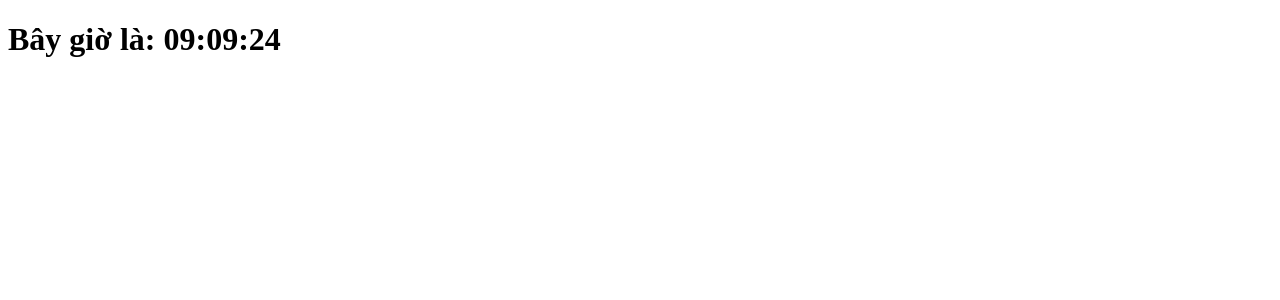
Repository: HanhHeo/Module2
Page: http://localhost/
An editor plug-in stored every save of this project. The page is shown before and after the next save, followed by the edit.
The browser window is 1280 px wide. The pictures show the whole page.
The page is run by PHP 8.4 with error messages shown; the project is at /var/www/html/.

Above is the page before, as saved 2021-09-28 14:37:28.

After the next save:
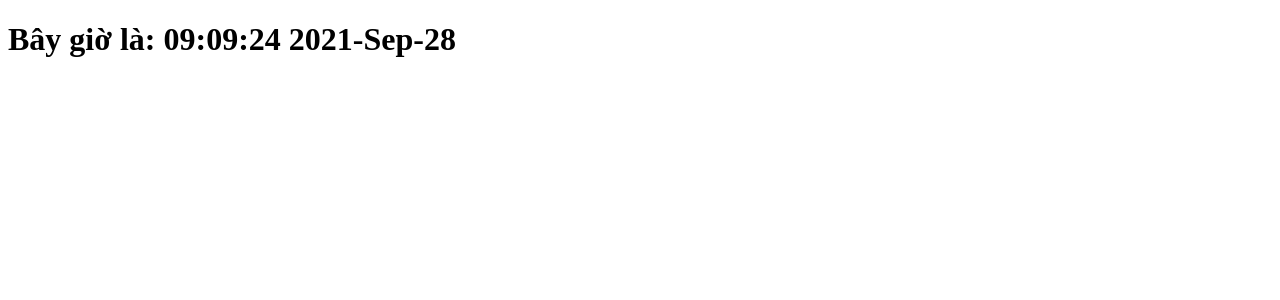
Saved 4 s later.
--- a/sever_time/index.php
+++ b/sever_time/index.php
@@ -8,7 +8,7 @@
 </head>
 <body>
     <?php date_default_timezone_set('Asia/Ho_Chi_Minh'); ?>
-    <h1> Bây giờ là: <?php echo date(' h:m:s'); ?> </h1>
+    <h1> Bây giờ là: <?php echo date(' h:m:s Y-M-d'); ?> </h1>
 
 </body>
 </html>
